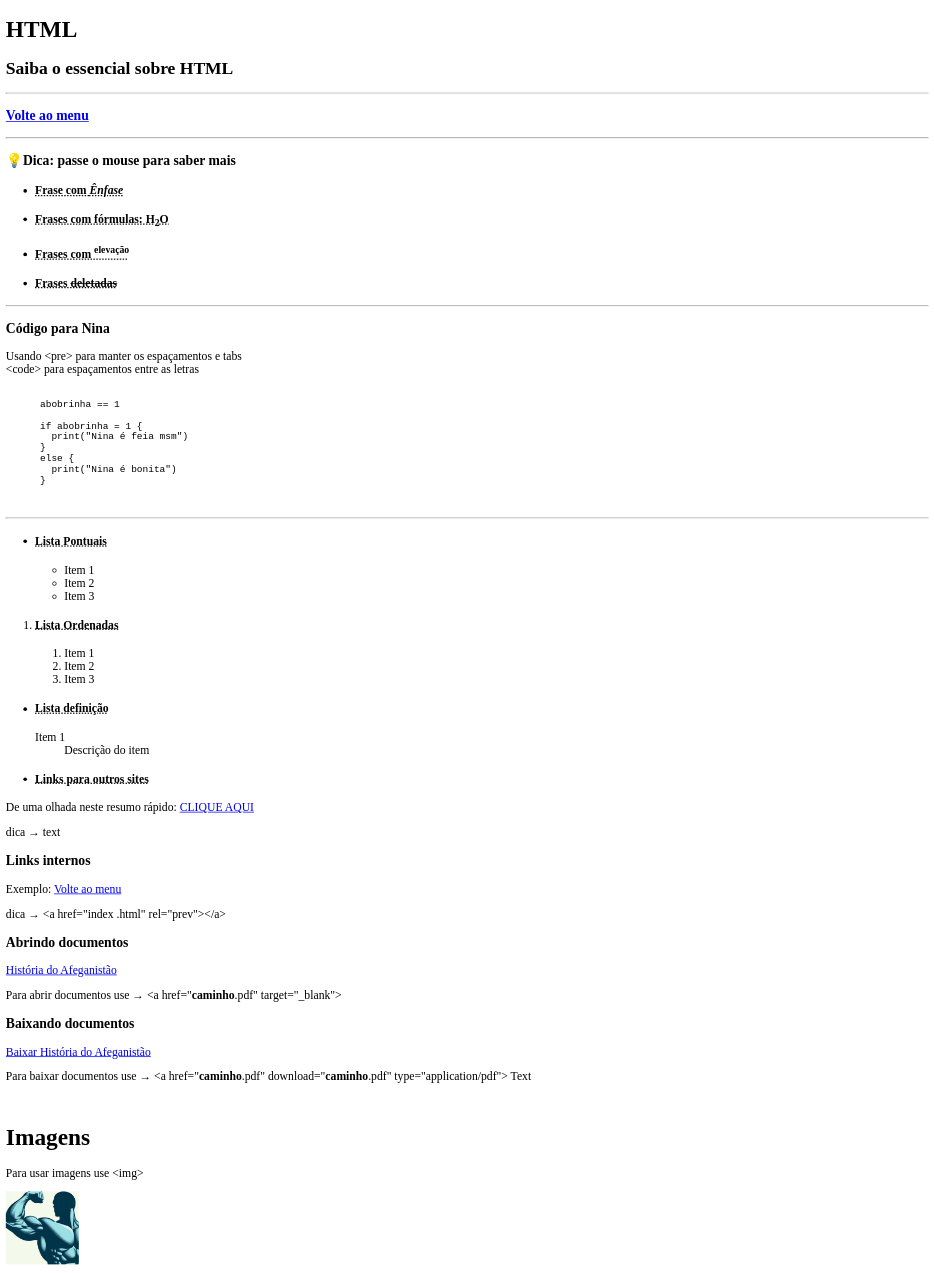
Repository: LuidyOn/Site_Forca_Total
Page: ForçaTotal/sobreHTML.html
These files come from the project's save history. The page is drawn as it stood at one moment and after the next save; the edit follows.
The browser window is 1280 px wide. The pictures show the whole page, at 73% of full size.

Above is the page before, as saved 2025-05-15 20:45:25.

### ForçaTotal/sobreHTML.html
<!DOCTYPE html>
<html lang="pt-br">
<head>
  <meta charset="UTF-8">
  <meta name="viewport" content="width=device-width, initial-scale=1.0">
  <link rel="shortcut icon" href="img/icons/logo.ico" type="image/x-icon">
  <title>Testes Força total</title>
</head>
<body>
  <h1>HTML</h1>
  <h2>Saiba o essencial sobre HTML</h2>

  <hr>
  <h3><a href="index.html" rel="prev"> Volte ao menu</a></h3>
  <hr>

<h3>💡Dica: passe o mouse para saber mais</h3>

  <ul><li><h4> <abbr title="Para deixar uma frase com ênfase, usamos: <em> ">Frase com <em>Ênfase</em></h4> </abbr>
  </li></ul>

    <ul><li><h4><abbr title="Para utilizarmos frases 'baixas' ou fórmulas usamos: <sub></sub>"> Frases com fórmulas: H<sub>2</sub>O</abbr></h4> </li></ul>

  <ul><li><h4> <abbr title="Para utilizarmos frases com ênfase/superiores usamos: <sup></sup>">Frases com <sup>elevação</sup></h4> </abbr></li></ul>

  <ul><li><abbr title=" Para utilizarmos frases deletadas usamos: <del>"><h4>Frases <del>deletadas</del></h4></abbr></li></ul>

  <hr>

  <h3>Código para Nina</h3>
  <p>Usando &lt;pre&gt; para manter os espaçamentos e tabs <br> &lt;code&gt; para espaçamentos entre as letras</p>

  <p></p>

  <pre>
    <code>
      abobrinha == 1

      if abobrinha = 1 {
        print("Nina é feia msm")
      }
      else {
        print("Nina é bonita")
      }
    </code>
  </pre>

  <hr>

      <ul>
        <li>
          <abbr title="Para usar lista pontuadas use <ul>"> <h4>Lista Pontuais</h4> </abbr>
        </li>
          <ul>
            <li>Item 1</li>
            <li>Item 2</li>
            <li>Item 3</li>
          </ul>
      </ul>

      <ol>
        <li>
          <abbr title="Para usar lista ordenadas use <ol>"> <h4>Lista Ordenadas</h4> </abbr>
        </li>
          <ol>
            <li>Item 1</li>
            <li>Item 2</li>
            <li>Item 3</li>
          </ol>
      </ol>

          <ul>
            <li>
              <abbr title="Para usar uma lista de definição, use <dl> para agrupar os elementos(bloco), <dt> para o termo e <dd> para a descrição."> <h4>Lista definição</h4> </abbr>
              <dl>
                <dt>Item 1</dt>
                <dd>Descrição do item</dd>
              </dl>
            </li>
          </ul>

<ul><li><abbr title=""><h4>Links para outros sites</h4></abbr></li></ul>


    <p>De uma olhada neste resumo rápido: <a href="https://www.youtube.com/watch?v=dQw4w9WgXcQ" target="_blank" rel="External"> CLIQUE AQUI </a></p>

    dica → <a href="https..." target="_blank"></a> text </a>

    <h3>Links internos</h3>

    <p>Exemplo: <a href="index.html" rel="prev"> Volte ao menu</a></p>
    <p>dica &rarr; &lt;a href="index .html" rel="prev"&gt;&lt;/a&gt;</p>

    <h3>Abrindo documentos</h3>
    <p><a href="Documentos/PDFs/GUERRA DO AFEGANISTÃO.pdf" target="_blank"> História do Afeganistão</a></p>

    <p>Para abrir documentos use &rarr; &lt;a href="<strong>caminho</strong>.pdf" target="_blank"&gt;</p>

    <h3>Baixando documentos</h3>
    <p><a href="Documentos/PDFs/GUERRA DO AFEGANISTÃO.pdf" target="_blank" download="Documentos/PDFs/GUERRA DO AFEGANISTÃO.pdf" type="application/pdf"> Baixar História do Afeganistão</a></p>

    <p>Para baixar documentos use &rarr; &lt;a href="<strong>caminho</strong>.pdf" download="<strong>caminho</strong>.pdf" type="application/pdf"&gt; Text</p>

  <p><br></p>

  <h1>Imagens</h1>
  <p>Para usar imagens use &lt;img&gt;</p>
  <img src="img/parteSerior.png" alt="parte superior" style="width: 100px; height: 100px;">
</body>
</html>

After the next save:
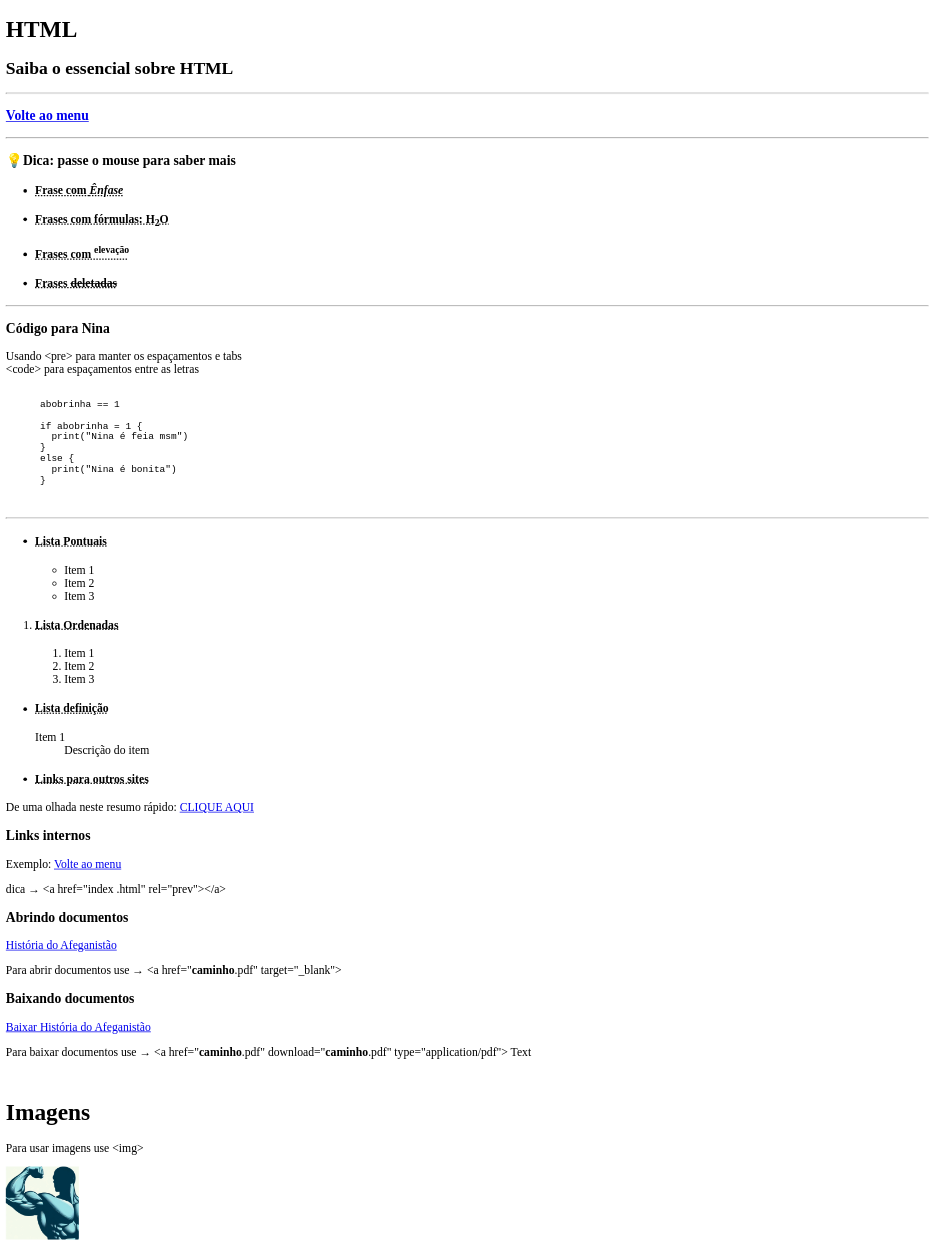
Saved 5 s later.
--- a/ForçaTotal/sobreHTML.html
+++ b/ForçaTotal/sobreHTML.html
@@ -84,7 +84,7 @@
 
     <p>De uma olhada neste resumo rápido: <a href="https://www.youtube.com/watch?v=dQw4w9WgXcQ" target="_blank" rel="External"> CLIQUE AQUI </a></p>
 
-    dica → <a href="https..." target="_blank"></a> text </a>
+
 
     <h3>Links internos</h3>
 

After the save that followed:
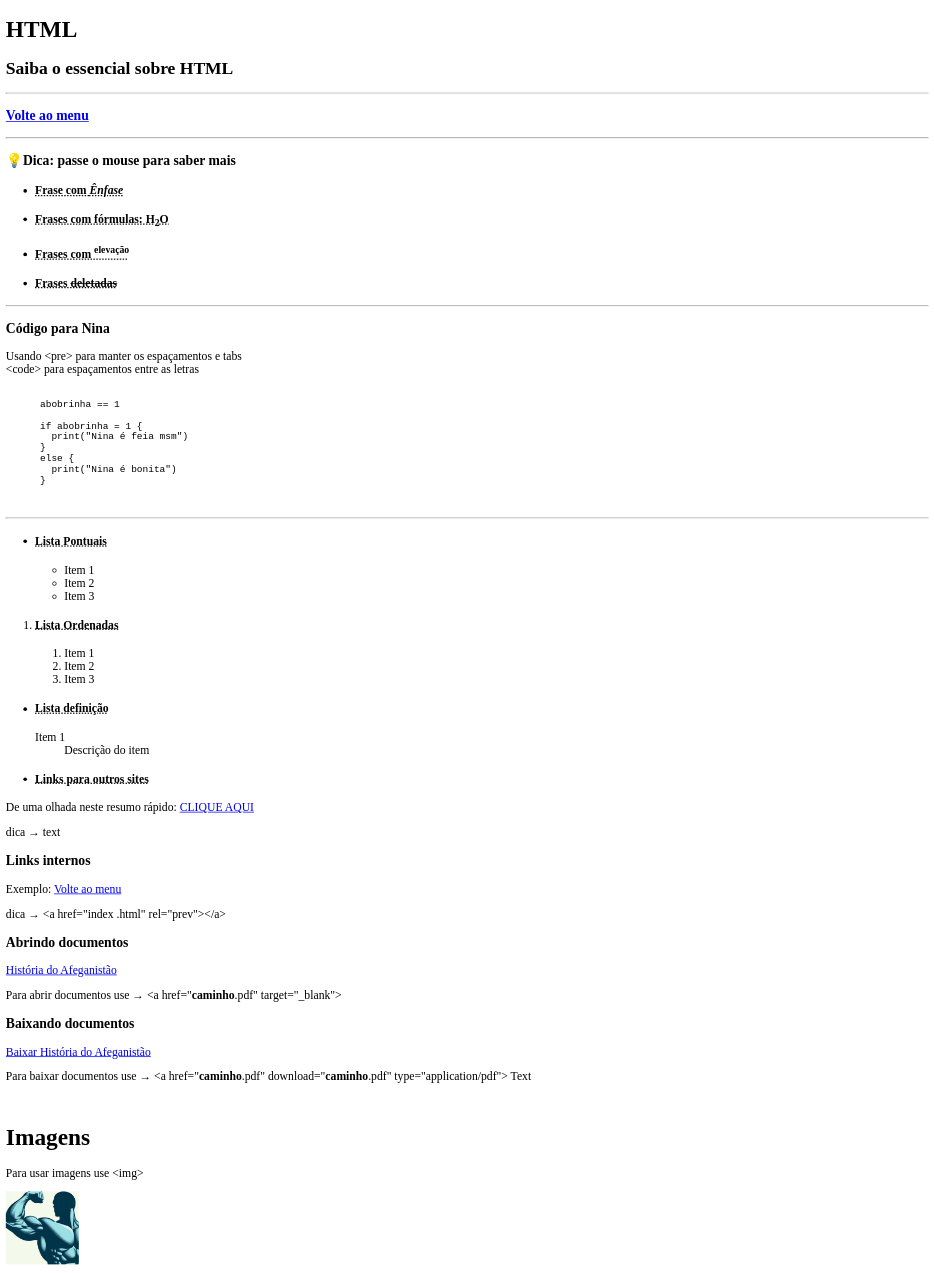
Saved 12 s later.
--- a/ForçaTotal/sobreHTML.html
+++ b/ForçaTotal/sobreHTML.html
@@ -84,7 +84,7 @@
 
     <p>De uma olhada neste resumo rápido: <a href="https://www.youtube.com/watch?v=dQw4w9WgXcQ" target="_blank" rel="External"> CLIQUE AQUI </a></p>
 
-
+    dica → <a href="https..." target="_blank"></a> text </a>
 
     <h3>Links internos</h3>
 
